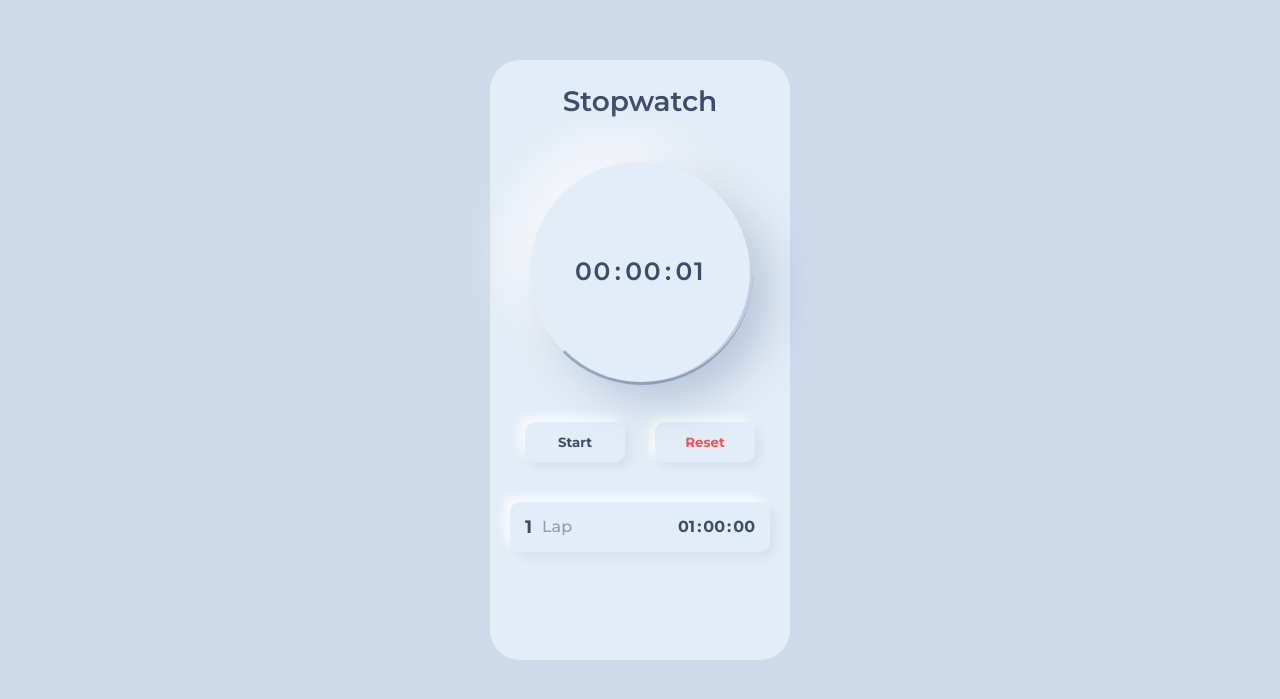
Repository: dinhtri123/stopwatch
Page: index.html
The author's editor kept a copy of each file at every save. The page is drawn from the files as they stood at one save, then again after a run of saves.
The browser window is 1280 px wide. The pictures show the whole page.
After loading, the first visible `button.btn-start` was clicked once.

Above is the page before, as saved 2023-01-04 15:09:51.

### index.html
<!DOCTYPE html>
<html lang="en">
  <head>
    <meta charset="UTF-8" />
    <meta http-equiv="X-UA-Compatible" content="IE=edge" />
    <meta name="viewport" content="width=device-width, initial-scale=1.0" />
    <title>Stop Watch</title>
    <link rel="stylesheet" href="style.css" />
  </head>
  <body>
    <div class="wrapper">
      <h3>Stopwatch</h3>
      <div class="timer">
        <p class="hours">00</p>
        <span>:</span>
        <p class="minutes">00</p>
        <span>:</span>
        <p class="seconds">00</p>
      </div>
      <div class="btn">
        <button class="btn-start">Start</button>
        <button class="btn-reset">Reset</button>
      </div>
      <div class="history">
        <div class="lap">
          <div class="number-lap">
            <p>1</p>
            <span>Lap</span>
          </div>
          <div class="timer-lap">
            <p>01</p>
            <span>:</span>
            <p>00</p>
            <span>:</span>
            <p>00</p>
          </div>
        </div>
      </div>
    </div>
  </body>
  <script src="index.js"></script>
</html>

### style.css
@import url("https://fonts.googleapis.com/css2?family=Montserrat:wght@400;500;600;700&display=swap");
* {
  margin: 0;
  padding: 0;
  box-sizing: border-box;
  font-family: "Montserrat", sans-serif;
}
body {
  width: 100%;
  min-height: 100vh;
  height: 100%;
  font-size: 16px;
  line-height: 1.5;
  font-weight: 400;
  background-color: #cddbeb;
  display: flex;
  justify-content: center;
  align-items: center;
}
.wrapper {
  width: 300px;
  height: 600px;
  border-radius: 30px;
  background: #e3edf7;
  padding: 20px;
  display: flex;
  flex-direction: column;
  justify-content: flex-start;
  align-items: center;
  gap: 40px;
}
h3 {
  font-size: 28px;
  color: #3c4c6b;
  text-align: center;
  font-weight: 600;
}
.timer {
  background-color: #e3edf7;
  width: 220px;
  height: 220px;
  border-radius: 50%;
  display: flex;
  justify-content: center;
  align-items: center;
  gap: 3px;
  box-shadow: 20px 20px 45px #6a80a85d, -20px -20px 45px #fbfbfbd9;
  font-size: 25px;
  font-weight: 600;
  color: #3c4c6b;
  letter-spacing: 1.5px;
  position: relative;
}
.timer::before {
  content: "";
  position: absolute;
  inset: 0;
  width: 220px;
  height: 220px;
  border-radius: 50%;
  border-top: 3px solid #6a80a899;
  border-right: 3px solid transparent;
  animation: during 1s linear infinite;
}
@keyframes during {
  to {
    transform: rotate(360deg);
  }
}

.btn {
  width: 100%;
  display: flex;
  justify-content: space-around;
}
button {
  background-color: #e3edf7;
  border: none;
  outline: none;
  border-radius: 10px;
  width: 100px;
  height: 40px;
  font-weight: 700;
  color: #3c4c6b;
  box-shadow: 5px 5px 10px #6a80a81e, -5px -5px 10px #fbfbfb;
  cursor: pointer;
}
.btn-reset {
  color: #eb5757;
}

.history {
  width: 100%;
  display: flex;
  flex-direction: column;
  gap: 20px;
}
.lap {
  width: 100%;
  height: 50px;
  background-color: #e3edf7;
  border-radius: 10px;
  box-shadow: 5px 5px 10px #6a80a81e, -5px -5px 10px #fbfbfb;
  display: flex;
  justify-content: space-between;
  align-items: center;
  padding: 10px 15px;
}
.number-lap {
  display: flex;
  align-items: center;
  gap: 10px;
}
.number-lap > p {
  font-size: 18px;
  font-weight: 700;
  color: #3c4c6b;
}
.number-lap > span {
  font-weight: 500;
  color: #8c9bb2;
}
.timer-lap {
  display: flex;
  gap: 2px;
  color:#3c4c6b;
  font-weight: 700;
  letter-spacing: 1.5;
}

### index.js
const btnStart = document.querySelector(".btn-start");
const seconds = document.querySelector(".seconds");
const minutes = document.querySelector(".minutes");
const hours = document.querySelector(".hours");

btnStart.addEventListener("click", function () {
  let number = 0;
  setInterval(() => {
    seconds.textContent = number++ < 10 ? `0${number++}` : `${number++}`;
  }, 1000);
});

After the next 2 saves:
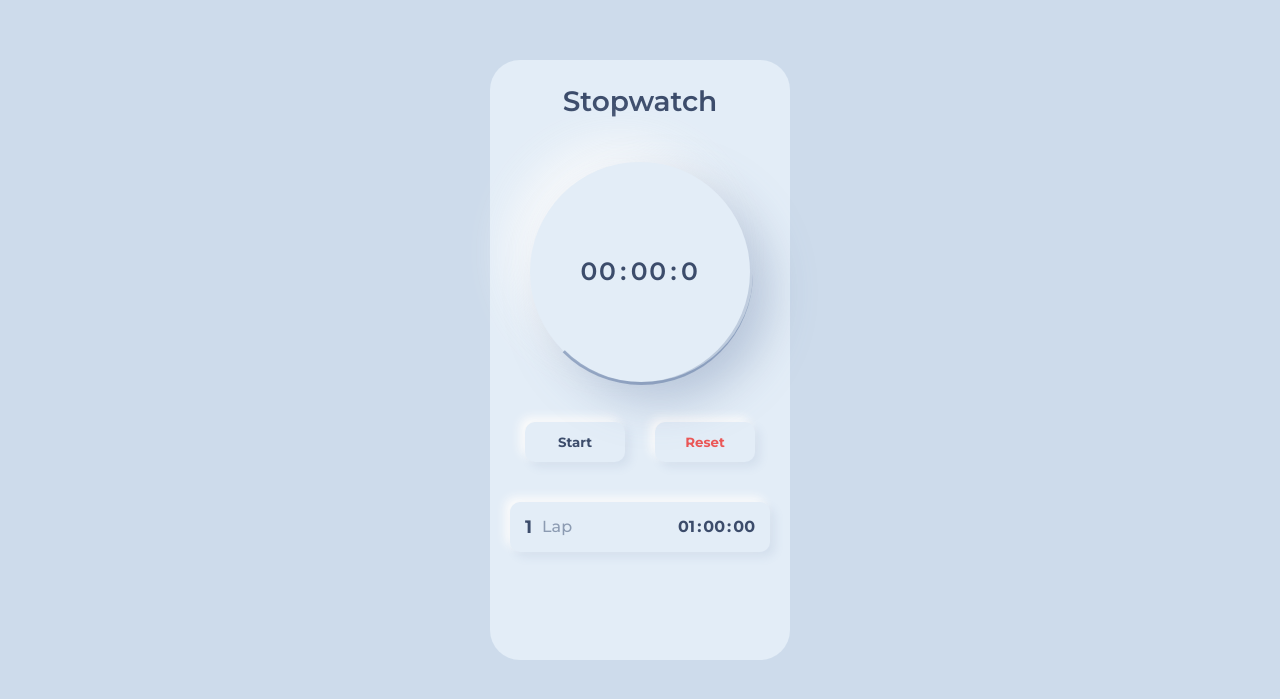
The 2 saves are shown as one change because they came seconds apart.
The last was saved 27 s later.
--- a/index.js
+++ b/index.js
@@ -6,6 +6,6 @@
 btnStart.addEventListener("click", function () {
   let number = 0;
   setInterval(() => {
-    seconds.textContent = number++ < 10 ? `0${number++}` : `${number++}`;
+    seconds.textContent = number++;
   }, 1000);
 });

After the save that followed:
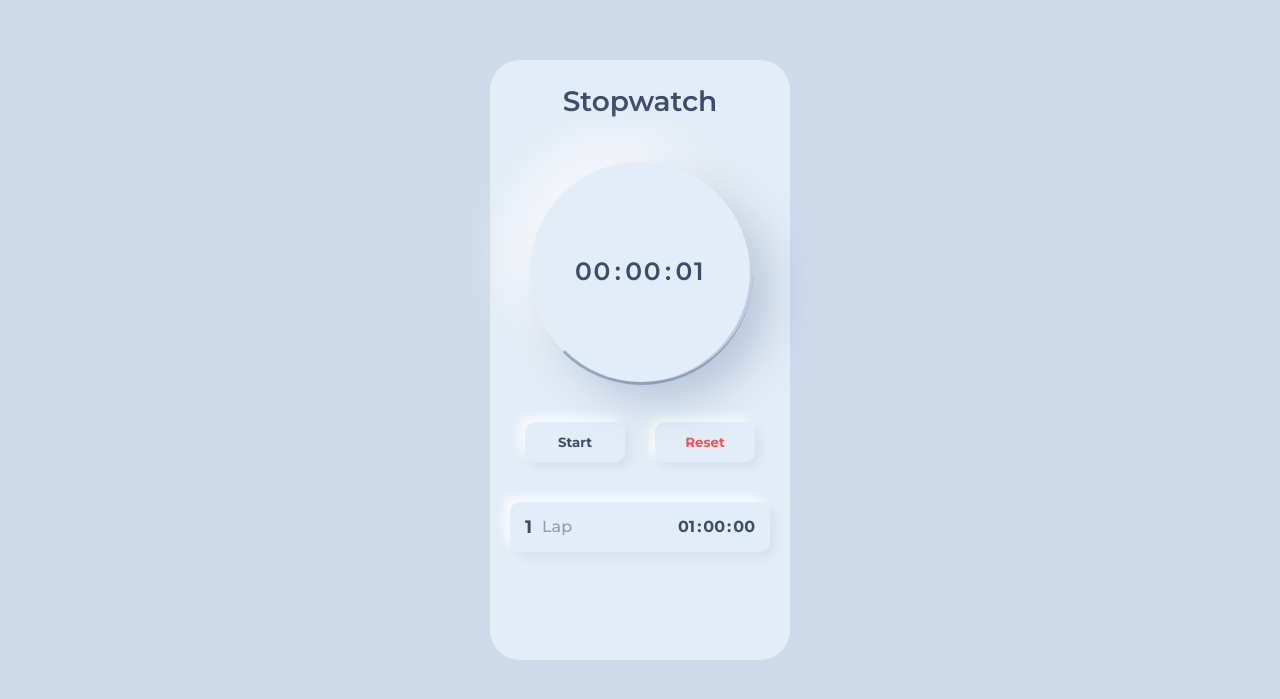
Saved 20 s later.
--- a/index.js
+++ b/index.js
@@ -6,6 +6,6 @@
 btnStart.addEventListener("click", function () {
   let number = 0;
   setInterval(() => {
-    seconds.textContent = number++;
+    seconds.textContent = number++ < 10 ? `0${number++}` : `${number++}`;
   }, 1000);
 });
